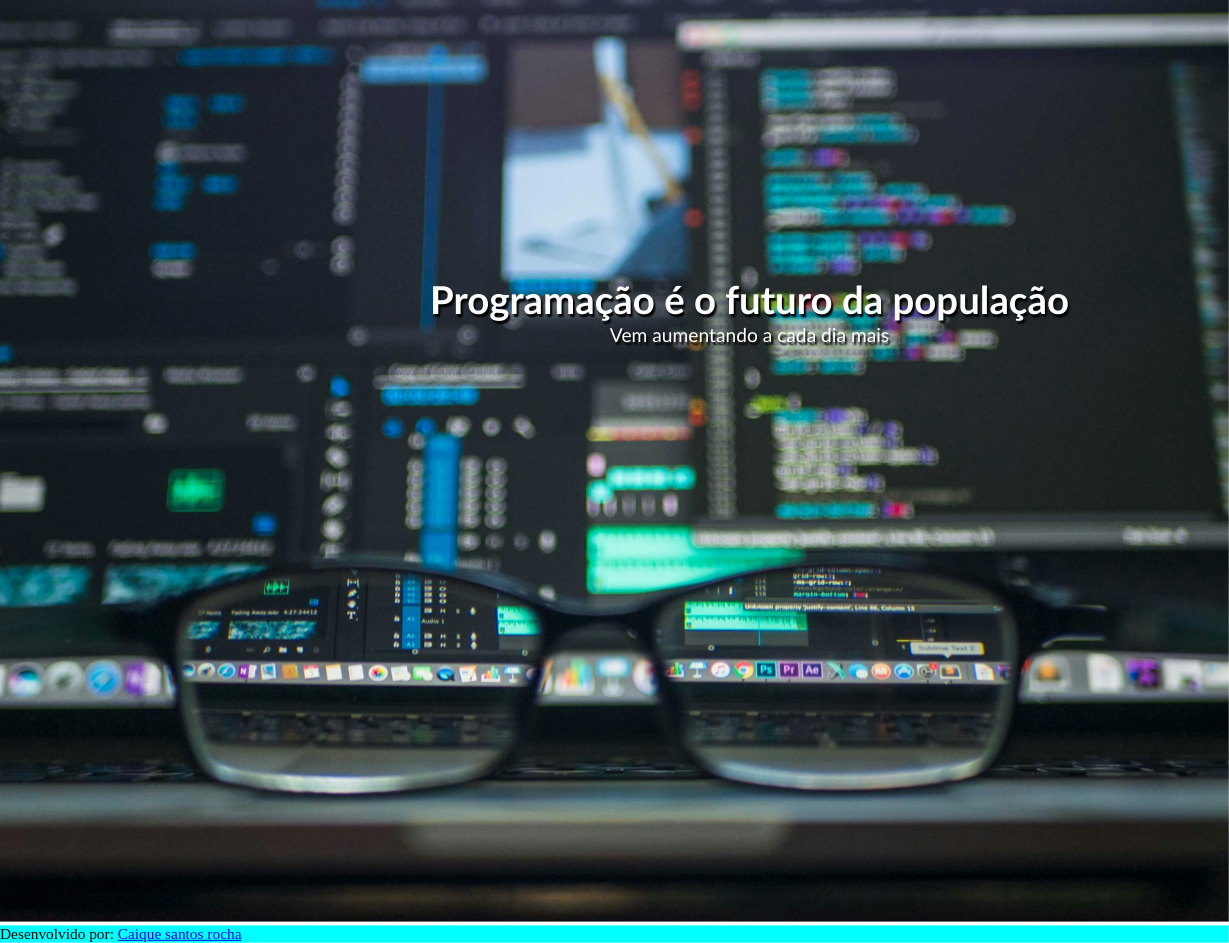
Repository: Caiquedev123/Sites
Page: index.html
These files come from the project's save history. The page is drawn as it stood at one moment and after the next save; the edit follows.
The browser window is 1280 px wide. The pictures show the whole page, at 96% of full size.

Above is the page before, as saved 2024-07-22 17:17:31.

### index.html
<!DOCTYPE html>
<html lang="en">
<head>
    <meta charset="UTF-8">
    <meta name="viewport" content="width=device-width, initial-scale=1.0">
    <title>Projeto</title>
    <link rel="stylesheet" href="style.css">
    <link rel="stylesheet" href="./reset.css">
</head>
<body>
    <div class="container">
        <h1>Programação é o futuro da população</h1>
        <p>Vem aumentando a cada dia mais</p>
    </div>
    <section class="imagens">
        <img src="./imagem/Progrmação.jpg" alt="programação">
    </section>
    <footer>
        <p>Desenvolvido por: <a href="https://github.com/">Caique santos rocha</a>
    </footer>
</body>
</html>

### style.css
body{background-color: rgb(255, 255, 255);}

.container{
    position: absolute;
    z-index: 1;
    text-align: center;
    left: 35%;
    top: 40%;
    color: rgb(255, 255, 255);
    font-family: 'Gill Sans', 'Gill Sans MT', Calibri, 'Trebuchet MS', sans-serif;
    font-size: 20px;
    text-shadow: 2px 3px 2px black;
}

img{
    width: 100%;
    object-fit: cover;
    position: relative;
}

footer{
    background-color: aqua;
}

Loaded but not shown: reset.css (common file)

After the next save:
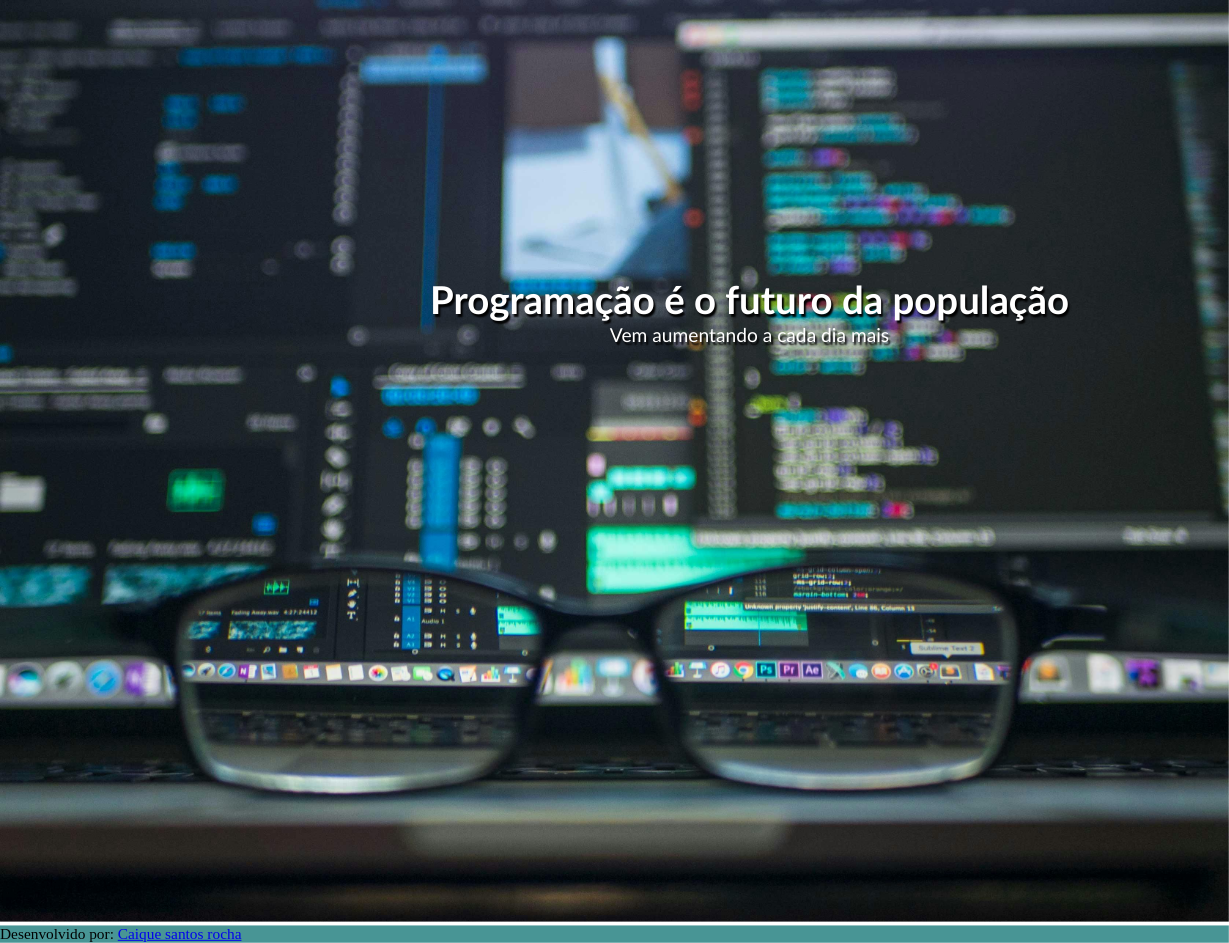
Saved 24 s later.
--- a/style.css
+++ b/style.css
@@ -19,5 +19,5 @@
 }
 
 footer{
-    background-color: aqua;
+    background-color: rgb(72, 149, 149);
 }
